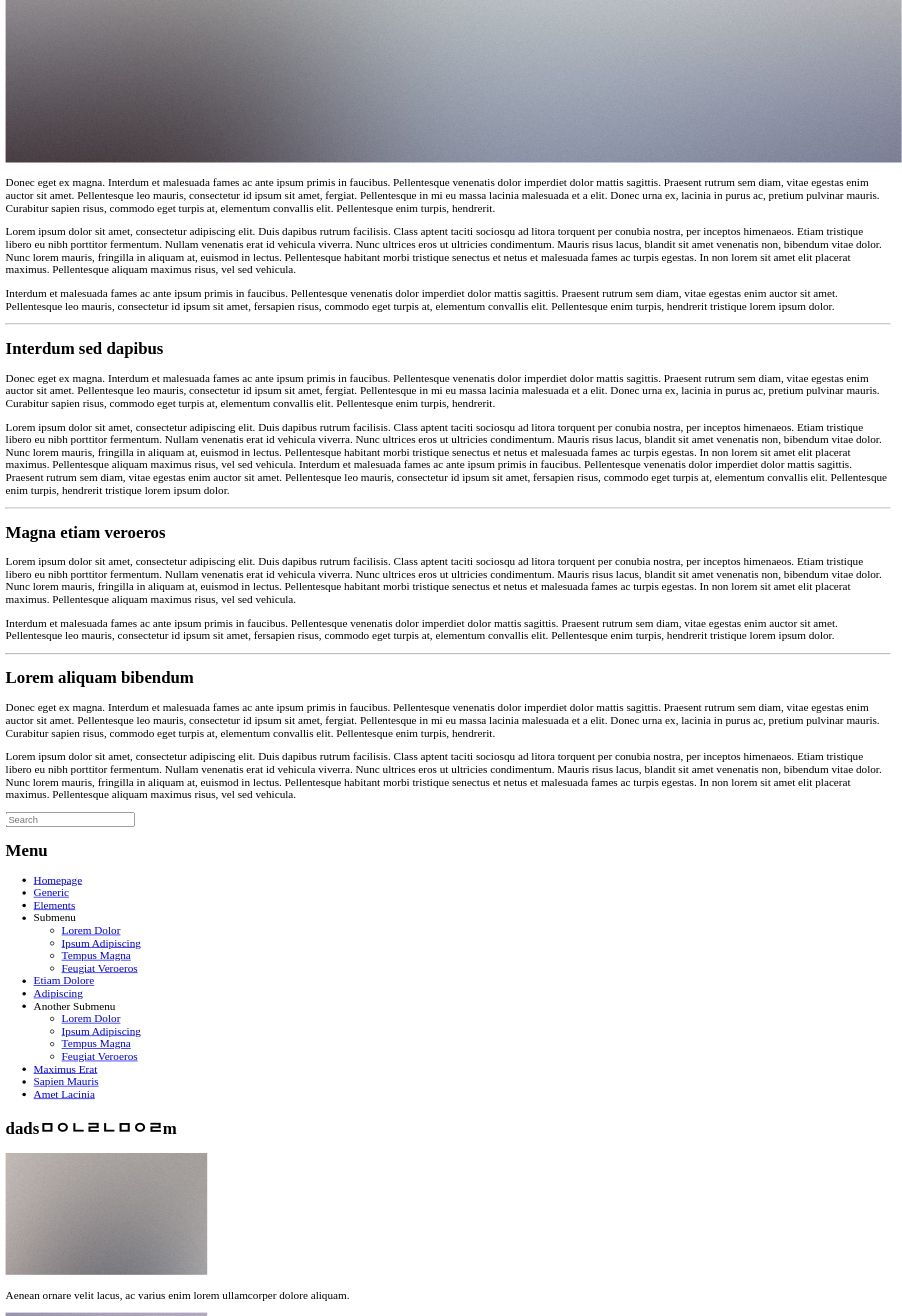
Repository: noCountJun/blog
Page: http://localhost/blogProject2/WEB-INF/views/main/profile.jsp
These files come from the project's save history. The page is drawn as it stood at one moment and after the next save; the edit follows.
The browser window is 1280 px wide. The page is 1288 px wide, so the pictures cover 1288 px, including what lies to the right of the window. The pictures show the part of the page from y = 383 to 2263 px (the page is 2973 px tall before and 2957 px after), at 70% of full size.
The page is served by Tomcat 9. Nobody is signed in. Other server files are loaded and not shown. The template is opened directly, without the code that normally fills it, so the values that code supplies are empty.

Above is the page before, as saved 2019-08-20 04:14:34.

### blogProject2/src/main/webapp/WEB-INF/views/main/profile.jsp
<%@ page contentType="text/html; charset=utf-8" pageEncoding="utf-8"%>
<%@ taglib uri="http://java.sun.com/jsp/jstl/core" prefix="c" %>


<!DOCTYPE HTML>
<!--
	Editorial by HTML5 UP
	html5up.net | @ajlkn
	Free for personal and commercial use under the CCA 3.0 license (html5up.net/license)
-->

		<!-- Wrapper -->
			<div id="wrapper">

				<!-- Main -->
					<div id="main">
						<div class="inner">

							<!-- Header -->
								<header id="header">
									<a href="index.html" class="logo"><strong>Editorial</strong> by HTML5 UP</a>
									<ul class="icons">
										<li><a href="#" class="icon brands fa-twitter"><span class="label">Twitter</span></a></li>
										<li><a href="#" class="icon brands fa-facebook-f"><span class="label">Facebook</span></a></li>
										<li><a href="#" class="icon brands fa-snapchat-ghost"><span class="label">Snapchat</span></a></li>
										<li><a href="#" class="icon brands fa-instagram"><span class="label">Instagram</span></a></li>
										<li><a href="#" class="icon brands fa-medium-m"><span class="label">Medium</span></a></li>
									</ul>
								</header>

							<!-- Content -->
								<section>
									<header class="main">
										<h1>Generic</h1>
									</header>

									<span class="image main"><img src="/resources/images/pic11.jpg" alt="" /></span>

									<p>Donec eget ex magna. Interdum et malesuada fames ac ante ipsum primis in faucibus. Pellentesque venenatis dolor imperdiet dolor mattis sagittis. Praesent rutrum sem diam, vitae egestas enim auctor sit amet. Pellentesque leo mauris, consectetur id ipsum sit amet, fergiat. Pellentesque in mi eu massa lacinia malesuada et a elit. Donec urna ex, lacinia in purus ac, pretium pulvinar mauris. Curabitur sapien risus, commodo eget turpis at, elementum convallis elit. Pellentesque enim turpis, hendrerit.</p>
									<p>Lorem ipsum dolor sit amet, consectetur adipiscing elit. Duis dapibus rutrum facilisis. Class aptent taciti sociosqu ad litora torquent per conubia nostra, per inceptos himenaeos. Etiam tristique libero eu nibh porttitor fermentum. Nullam venenatis erat id vehicula viverra. Nunc ultrices eros ut ultricies condimentum. Mauris risus lacus, blandit sit amet venenatis non, bibendum vitae dolor. Nunc lorem mauris, fringilla in aliquam at, euismod in lectus. Pellentesque habitant morbi tristique senectus et netus et malesuada fames ac turpis egestas. In non lorem sit amet elit placerat maximus. Pellentesque aliquam maximus risus, vel sed vehicula.</p>
									<p>Interdum et malesuada fames ac ante ipsum primis in faucibus. Pellentesque venenatis dolor imperdiet dolor mattis sagittis. Praesent rutrum sem diam, vitae egestas enim auctor sit amet. Pellentesque leo mauris, consectetur id ipsum sit amet, fersapien risus, commodo eget turpis at, elementum convallis elit. Pellentesque enim turpis, hendrerit tristique lorem ipsum dolor.</p>

									<hr class="major" />

									<h2>Interdum sed dapibus</h2>
									<p>Donec eget ex magna. Interdum et malesuada fames ac ante ipsum primis in faucibus. Pellentesque venenatis dolor imperdiet dolor mattis sagittis. Praesent rutrum sem diam, vitae egestas enim auctor sit amet. Pellentesque leo mauris, consectetur id ipsum sit amet, fergiat. Pellentesque in mi eu massa lacinia malesuada et a elit. Donec urna ex, lacinia in purus ac, pretium pulvinar mauris. Curabitur sapien risus, commodo eget turpis at, elementum convallis elit. Pellentesque enim turpis, hendrerit.</p>
									<p>Lorem ipsum dolor sit amet, consectetur adipiscing elit. Duis dapibus rutrum facilisis. Class aptent taciti sociosqu ad litora torquent per conubia nostra, per inceptos himenaeos. Etiam tristique libero eu nibh porttitor fermentum. Nullam venenatis erat id vehicula viverra. Nunc ultrices eros ut ultricies condimentum. Mauris risus lacus, blandit sit amet venenatis non, bibendum vitae dolor. Nunc lorem mauris, fringilla in aliquam at, euismod in lectus. Pellentesque habitant morbi tristique senectus et netus et malesuada fames ac turpis egestas. In non lorem sit amet elit placerat maximus. Pellentesque aliquam maximus risus, vel sed vehicula. Interdum et malesuada fames ac ante ipsum primis in faucibus. Pellentesque venenatis dolor imperdiet dolor mattis sagittis. Praesent rutrum sem diam, vitae egestas enim auctor sit amet. Pellentesque leo mauris, consectetur id ipsum sit amet, fersapien risus, commodo eget turpis at, elementum convallis elit. Pellentesque enim turpis, hendrerit tristique lorem ipsum dolor.</p>

									<hr class="major" />

									<h2>Magna etiam veroeros</h2>
									<p>Lorem ipsum dolor sit amet, consectetur adipiscing elit. Duis dapibus rutrum facilisis. Class aptent taciti sociosqu ad litora torquent per conubia nostra, per inceptos himenaeos. Etiam tristique libero eu nibh porttitor fermentum. Nullam venenatis erat id vehicula viverra. Nunc ultrices eros ut ultricies condimentum. Mauris risus lacus, blandit sit amet venenatis non, bibendum vitae dolor. Nunc lorem mauris, fringilla in aliquam at, euismod in lectus. Pellentesque habitant morbi tristique senectus et netus et malesuada fames ac turpis egestas. In non lorem sit amet elit placerat maximus. Pellentesque aliquam maximus risus, vel sed vehicula.</p>
									<p>Interdum et malesuada fames ac ante ipsum primis in faucibus. Pellentesque venenatis dolor imperdiet dolor mattis sagittis. Praesent rutrum sem diam, vitae egestas enim auctor sit amet. Pellentesque leo mauris, consectetur id ipsum sit amet, fersapien risus, commodo eget turpis at, elementum convallis elit. Pellentesque enim turpis, hendrerit tristique lorem ipsum dolor.</p>

									<hr class="major" />

									<h2>Lorem aliquam bibendum</h2>
									<p>Donec eget ex magna. Interdum et malesuada fames ac ante ipsum primis in faucibus. Pellentesque venenatis dolor imperdiet dolor mattis sagittis. Praesent rutrum sem diam, vitae egestas enim auctor sit amet. Pellentesque leo mauris, consectetur id ipsum sit amet, fergiat. Pellentesque in mi eu massa lacinia malesuada et a elit. Donec urna ex, lacinia in purus ac, pretium pulvinar mauris. Curabitur sapien risus, commodo eget turpis at, elementum convallis elit. Pellentesque enim turpis, hendrerit.</p>
									<p>Lorem ipsum dolor sit amet, consectetur adipiscing elit. Duis dapibus rutrum facilisis. Class aptent taciti sociosqu ad litora torquent per conubia nostra, per inceptos himenaeos. Etiam tristique libero eu nibh porttitor fermentum. Nullam venenatis erat id vehicula viverra. Nunc ultrices eros ut ultricies condimentum. Mauris risus lacus, blandit sit amet venenatis non, bibendum vitae dolor. Nunc lorem mauris, fringilla in aliquam at, euismod in lectus. Pellentesque habitant morbi tristique senectus et netus et malesuada fames ac turpis egestas. In non lorem sit amet elit placerat maximus. Pellentesque aliquam maximus risus, vel sed vehicula.</p>

								</section>

						</div>
					</div>

				<!-- Sidebar -->
				<div id="sidebar">
					<div class="inner">

						<!-- Search -->
							<section id="search" class="alt">
								<form method="post" action="#">
									<input type="text" name="query" id="query" placeholder="Search" />
								</form>
							</section>

						<!-- Menu -->
							<nav id="menu">
								<header class="major">
									<h2>Menu</h2>
								</header>
								<ul>
									<li><a href="index.html">Homepage</a></li>
									<li><a href="generic.html">Generic</a></li>
									<li><a href="elements.html">Elements</a></li>
									<li>
										<span class="opener">Submenu</span>
										<ul>
											<li><a href="#">Lorem Dolor</a></li>
											<li><a href="#">Ipsum Adipiscing</a></li>
											<li><a href="#">Tempus Magna</a></li>
											<li><a href="#">Feugiat Veroeros</a></li>
										</ul>
									</li>
									<li><a href="#">Etiam Dolore</a></li>
									<li><a href="#">Adipiscing</a></li>
									<li>
										<span class="opener">Another Submenu</span>
										<ul>
											<li><a href="#">Lorem Dolor</a></li>
											<li><a href="#">Ipsum Adipiscing</a></li>
											<li><a href="#">Tempus Magna</a></li>
											<li><a href="#">Feugiat Veroeros</a></li>
										</ul>
									</li>
									<li><a href="#">Maximus Erat</a></li>
									<li><a href="#">Sapien Mauris</a></li>
									<li><a href="#">Amet Lacinia</a></li>
								</ul>
							</nav>

						<!-- Section -->
							<section>
								<header class="major">
									<h2>dadsㅁㅇㄴㄹㄴㅁㅇㄹm</h2>
								</header>
								<div class="mini-posts">
									<article>
										<a href="#" class="image"><img src="/resources/images/pic07.jpg" alt="" /></a>
										<p>Aenean ornare velit lacus, ac varius enim lorem ullamcorper dolore aliquam.</p>
									</article>
									<article>
										<a href="#" class="image"><img src="/resources/images/pic08.jpg" alt="" /></a>
										<p>Aenean ornare velit lacus, ac varius enim lorem ullamcorper dolore aliquam.</p>
									</article>
									<article>
										<a href="#" class="image"><img src="/resources/images/pic09.jpg" alt="" /></a>
										<p>Aenean ornare velit lacus, ac varius enim lorem ullamcorper dolore aliquam.</p>
									</article>
								</div>
								<ul class="actions">
									<li><a href="#" class="button">More</a></li>
								</ul>
							</section>

						<!-- Section -->
							<section>
								<header class="major">
									<h2>Get in touch</h2>
								</header>
								<p>Sed varius enim lorem ullamcorper dolore aliquam aenean ornare velit lacus, ac varius enim lorem ullamcorper dolore. Proin sed aliquam facilisis ante interdum. Sed nulla amet lorem feugiat tempus aliquam.</p>
								<ul class="contact">
									<li class="icon solid fa-envelope"><a href="#">information@untitled.tld</a></li>
									<li class="icon solid fa-phone">(000) 000-0000</li>
									<li class="icon solid fa-home">1234 Somewhere Road #8254<br />
									Nashville, TN 00000-0000</li>
								</ul>
							</section>

							<footer id="footer">
								<p class="copyright">&copy; Untitled. All rights reserved. Demo Images: <a href="https://unsplash.com">Unsplash</a>. Design: <a href="https://html5up.net">HTML5 UP</a>.</p>
							</footer>

						</div>
					</div>
<%-- <jsp:include page="/WEB-INF/views/category/category.jsp" /> --%>

			</div>

After the next save:
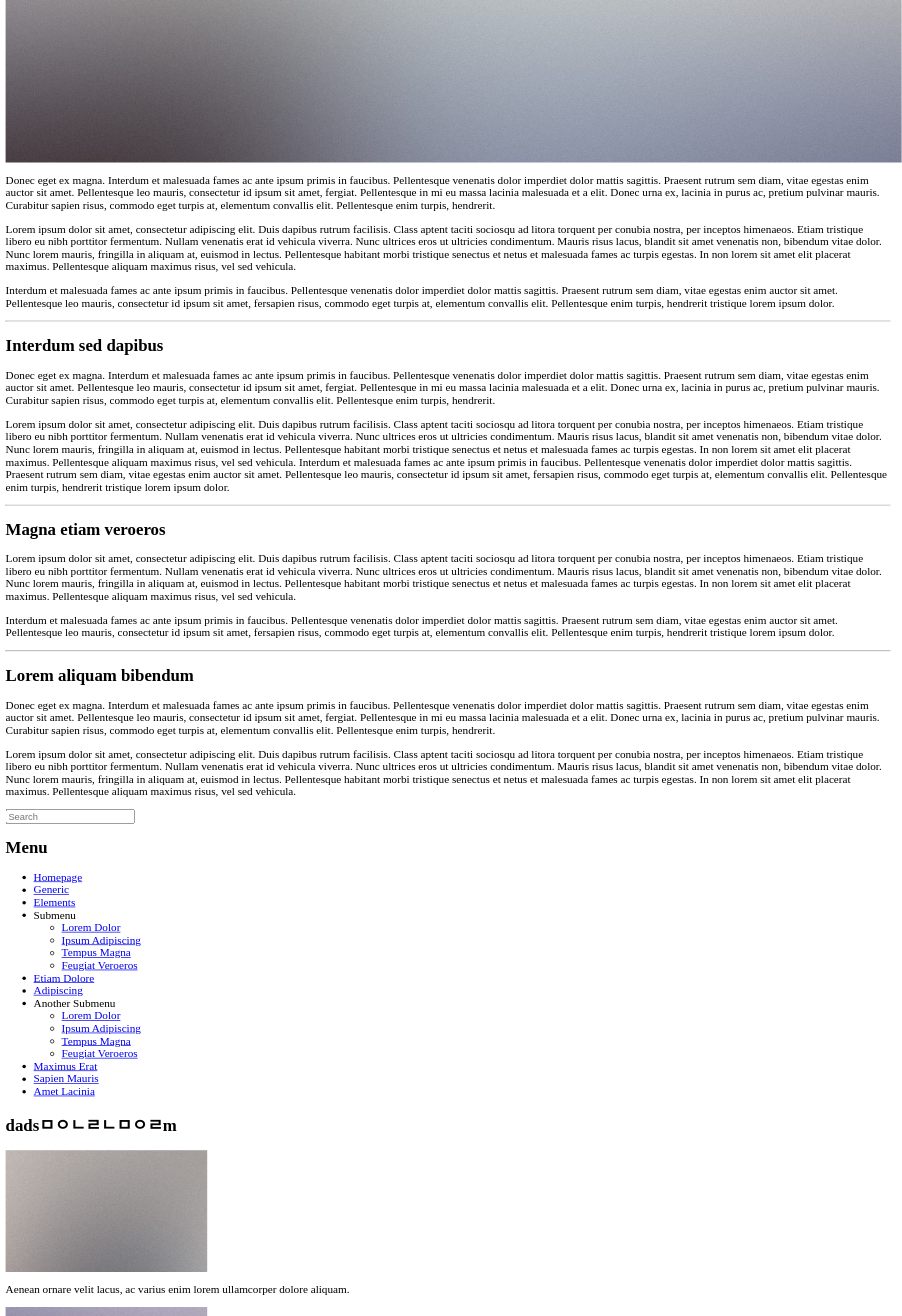
Saved 5 s later.
--- a/blogProject2/src/main/webapp/WEB-INF/views/main/profile.jsp
+++ b/blogProject2/src/main/webapp/WEB-INF/views/main/profile.jsp
@@ -1,13 +1,6 @@
 <%@ page contentType="text/html; charset=utf-8" pageEncoding="utf-8"%>
 <%@ taglib uri="http://java.sun.com/jsp/jstl/core" prefix="c" %>
 
-
-<!DOCTYPE HTML>
-<!--
-	Editorial by HTML5 UP
-	html5up.net | @ajlkn
-	Free for personal and commercial use under the CCA 3.0 license (html5up.net/license)
--->
 
 		<!-- Wrapper -->
 			<div id="wrapper">
